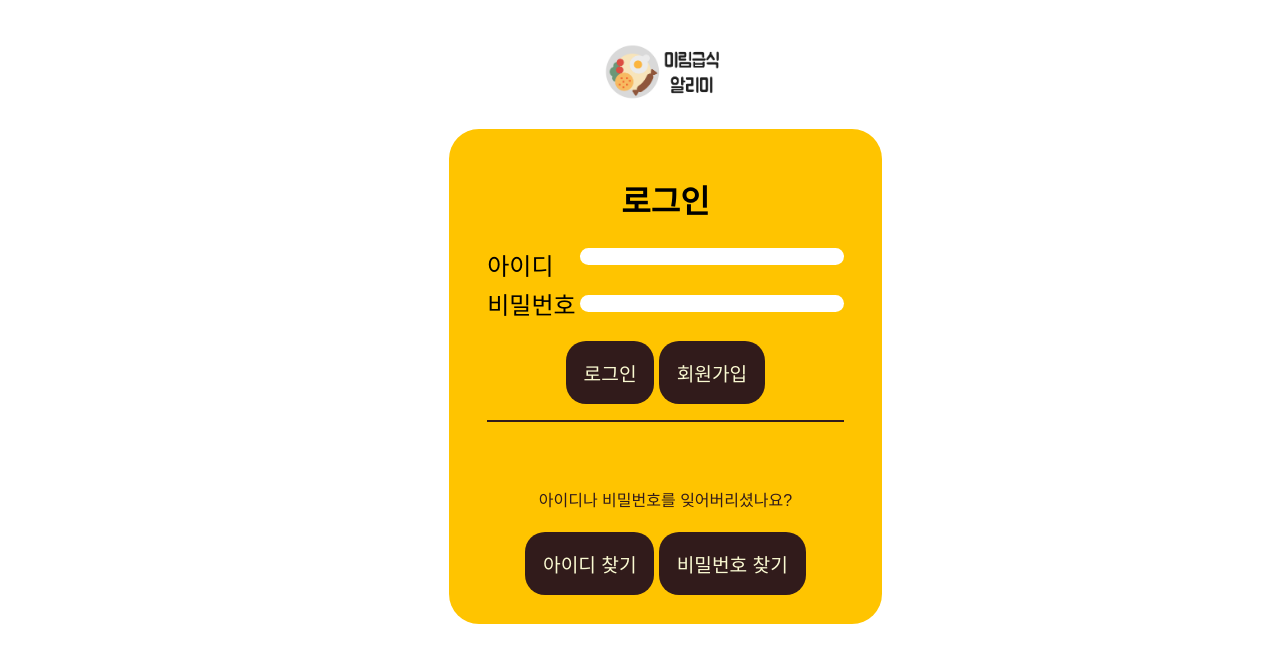
Repository: juujuu201/MirimMenuProj
Page: http://localhost/jspMenuProj/login.jsp
An editor plug-in stored every save of this project. The page is shown before and after the next save, followed by the edit.
The browser window is 1280 px wide. The pictures show the whole page.
Some web fonts or font styles are not loaded; a fallback is used. The page is served by Tomcat 9.

Above is the page before, as saved 2019-09-21 13:48:23.

After the next save:
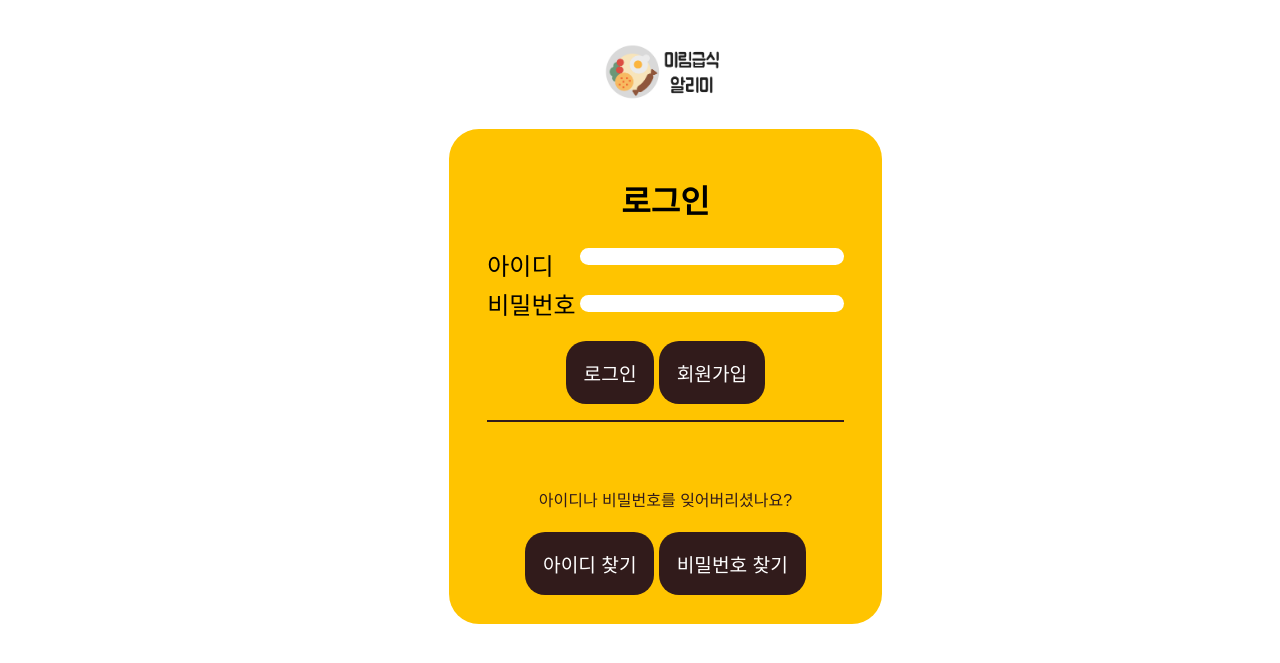
Saved 38 s later.
--- a/jspMenuProj/WebContent/css/login.css
+++ b/jspMenuProj/WebContent/css/login.css
@@ -32,7 +32,7 @@
 
 .btn{
 	background-color:#311b1b;
-	color:lightgoldenrodyellow;
+	color:white;
 	border-radius:20px;
 	border:0;
 	outline:0;
